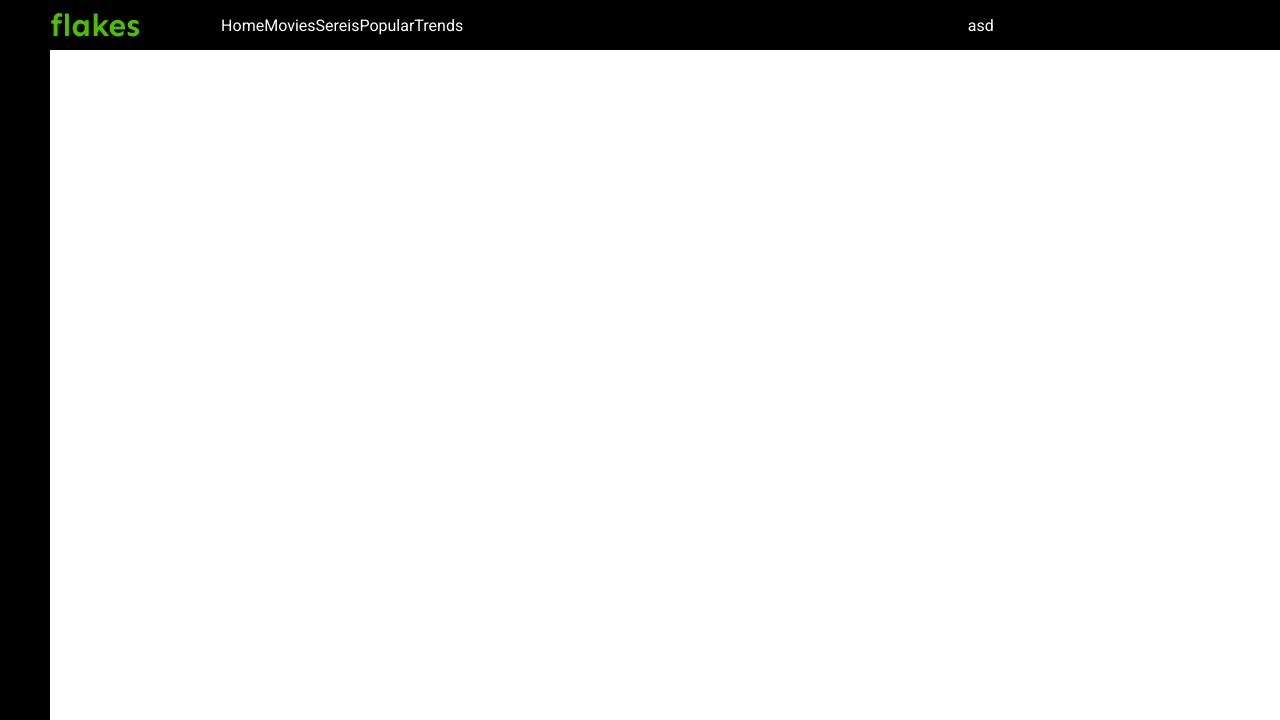
Repository: JulyK9/Movie-Website
Page: index.html
The author's editor kept a copy of each file at every save. The page is drawn from the files as they stood at one save, then again after the next save.
The browser window is 1280 px wide. The pictures show the whole page.

Above is the page before, as saved 2022-07-03 00:55:02.

### index.html
<!DOCTYPE html>
<html lang="en">
<head>
    <meta charset="UTF-8">
    <meta http-equiv="X-UA-Compatible" content="IE=edge">
    <meta name="viewport" content="width=device-width, initial-scale=1.0">
    <title>Movie design</title>
    <link rel="stylesheet" href="style.css">

    <link rel="preconnect" href="https://fonts.googleapis.com">
    <link rel="preconnect" href="https://fonts.gstatic.com" crossorigin>
    <link href="https://fonts.googleapis.com/css2?family=Roboto:wght@100;300;400;500;700;900&family=Sen:wght@400;700;800&display=swap" rel="stylesheet">
</head>

<body>
    <nav class="navbar">
        <div class="navbar-container">
            <div class="logo-container"><h1 class="logo">flakes</h1></div>
            <div class="menu-container">
                <ul class="menu-list">
                    <li class="menu-list-item">Home</li>
                    <li class="menu-list-item">Movies</li>
                    <li class="menu-list-item">Sereis</li>
                    <li class="menu-list-item">Popular</li>
                    <li class="menu-list-item">Trends</li>
                </ul>
            </div>
            <div class="profile-container">asd</div>
        </div>
    </nav>
    <div class="sidebar"></div>

</body>

</html>

### style.css
* {
    box-sizing: border-box;
    margin: 0;
    text-decoration: none;
    list-style: none;
}

body {
    font-family: 'Roboto', sans-serif;
    /* overflow: hidden; */
}

.navbar {
    width: 100%;
    height: 50px;
    background-color: black;
}

.navbar-container {
    height: 100%;
    display: flex;
    align-items: center;
    padding: 0 50px;
    color: white;
}

.logo-container {
    flex: 1;
}

.logo {
    font-family: 'Sen', sans-serif;
    font-size: 2rem;
    color: #4dbf00;
}

.menu-container {
    flex: 6;
}

.menu-list {
    display: flex;
    align-items: center;

}

.profile-container {
    flex: 2;
}

.sidebar {
    width: 50px;
    height: 100%;
    background-color: black;
    position: fixed;   /* 스크롤바 생기는 부분 제거 및 사이드바 고정 */
    top: 0;     /* 사이드바 상단 고정 */
}

After the next save:
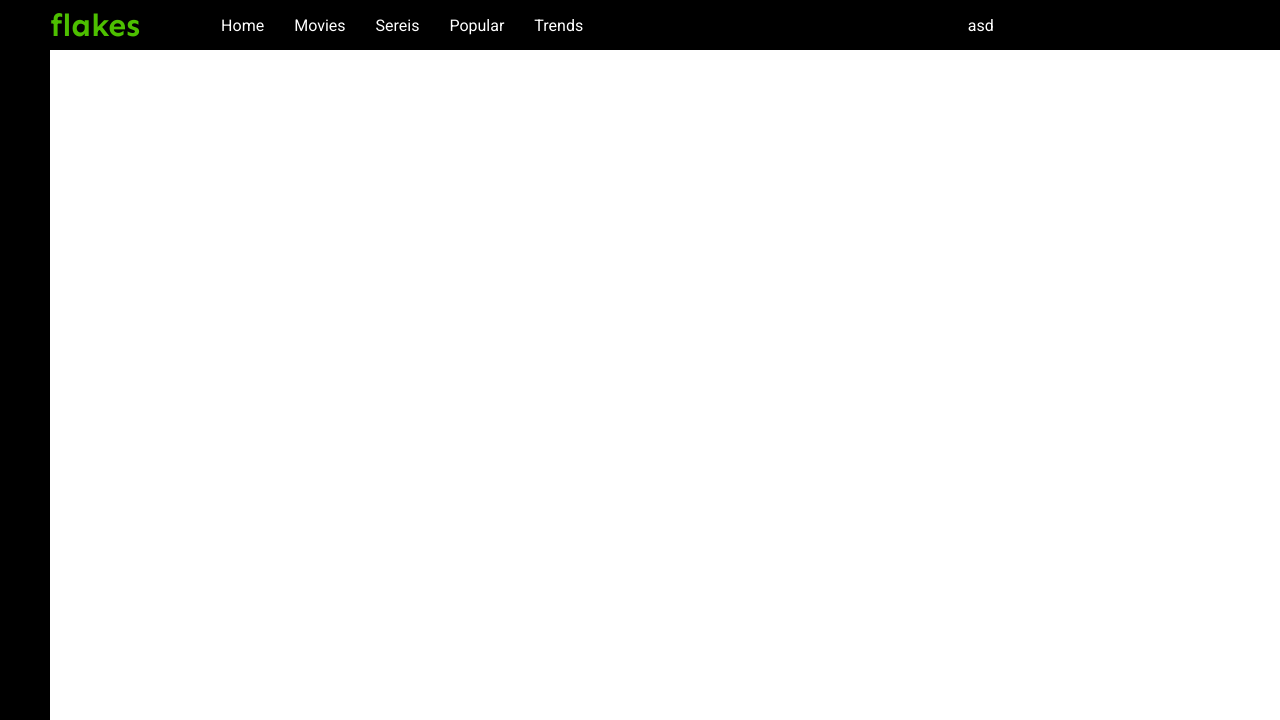
Saved 69 s later.
--- a/style.css
+++ b/style.css
@@ -41,7 +41,10 @@
 .menu-list {
     display: flex;
     align-items: center;
+}
 
+.menu-list-item {
+    margin-right: 30px;
 }
 
 .profile-container {
